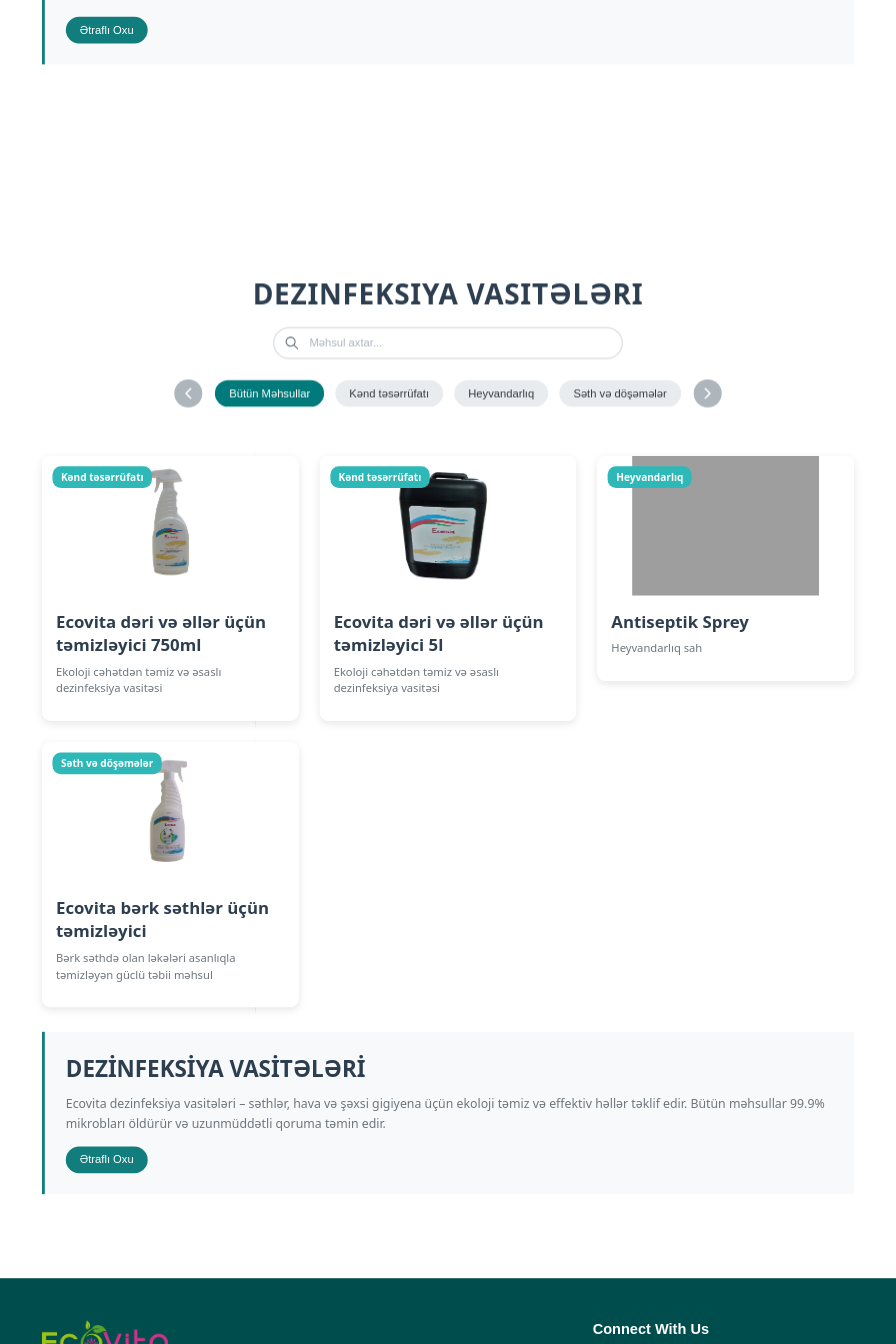
Repository: ferhadsultan98/ecovita
Page: /
The author's editor kept a copy of each file at every save. The page is drawn from the files as they stood at one save, then again after the next save.
The browser window is 1280 px wide. The pictures show the part of the page from y = 3220 to 5140 px (the page is 5507 px tall), at 70% of full size.
Pictures or frames that could not be fetched are drawn as grey boxes. The project was rebuilt for these pictures with package versions that can differ from the ones it lists, and the page was loaded fresh each time. Also part of the build but not shown: vite.config.js.

Above is the page before, as saved 2025-05-07 15:46:02.

After the next save:
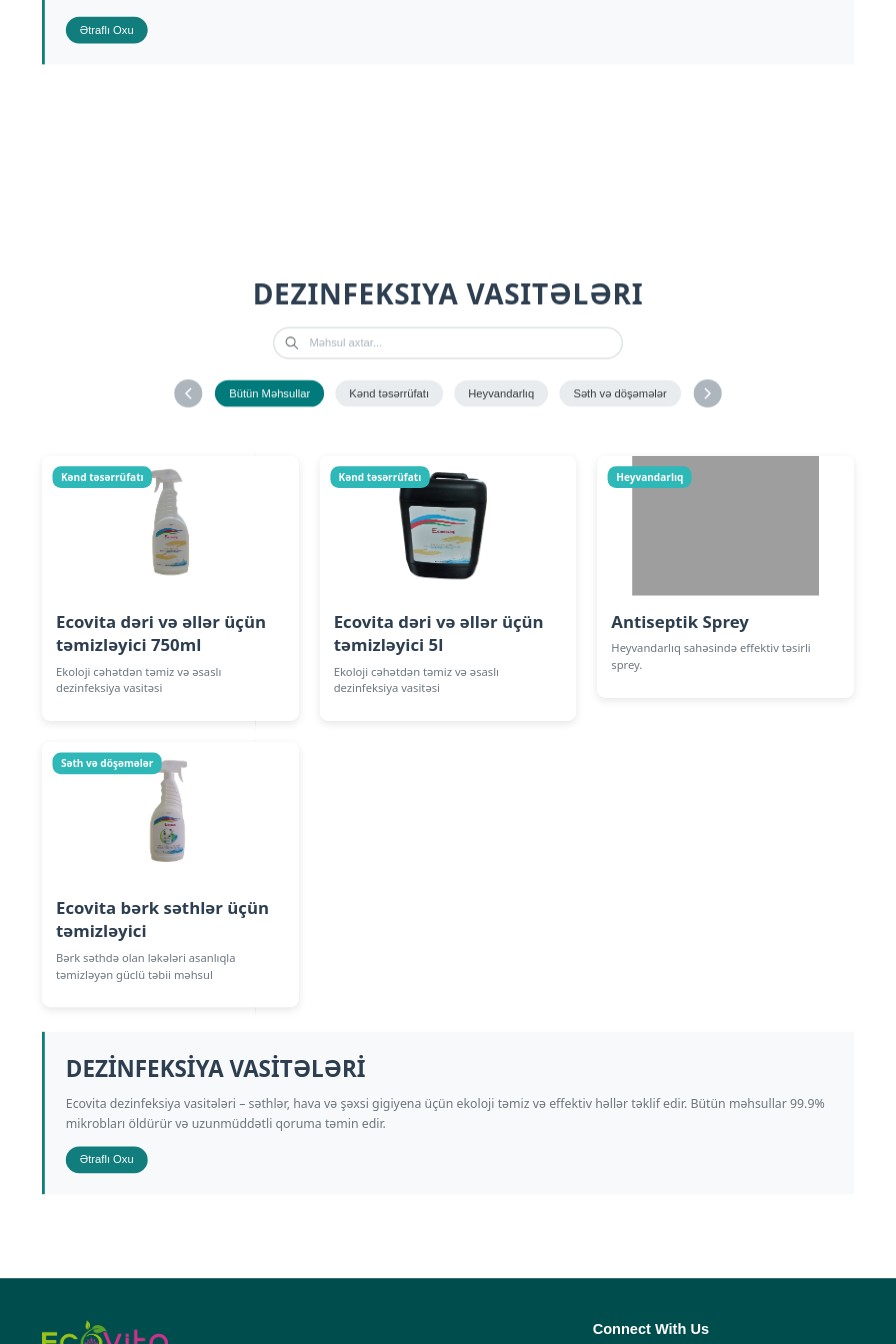
Saved 9 s later.
--- a/src/Pages/MenuSection/menuItems.json
+++ b/src/Pages/MenuSection/menuItems.json
@@ -65,7 +65,7 @@
           "id": "3",
           "name": { "az": "Antiseptik Sprey" },
           "description": {
-            "az": "Heyvandarlıq sah"
+            "az": "Heyvandarlıq sahəsində effektiv təsirli sprey."
           },
           "price": 5.0,
           "image_url": "hand-sanitizer.jpg"
